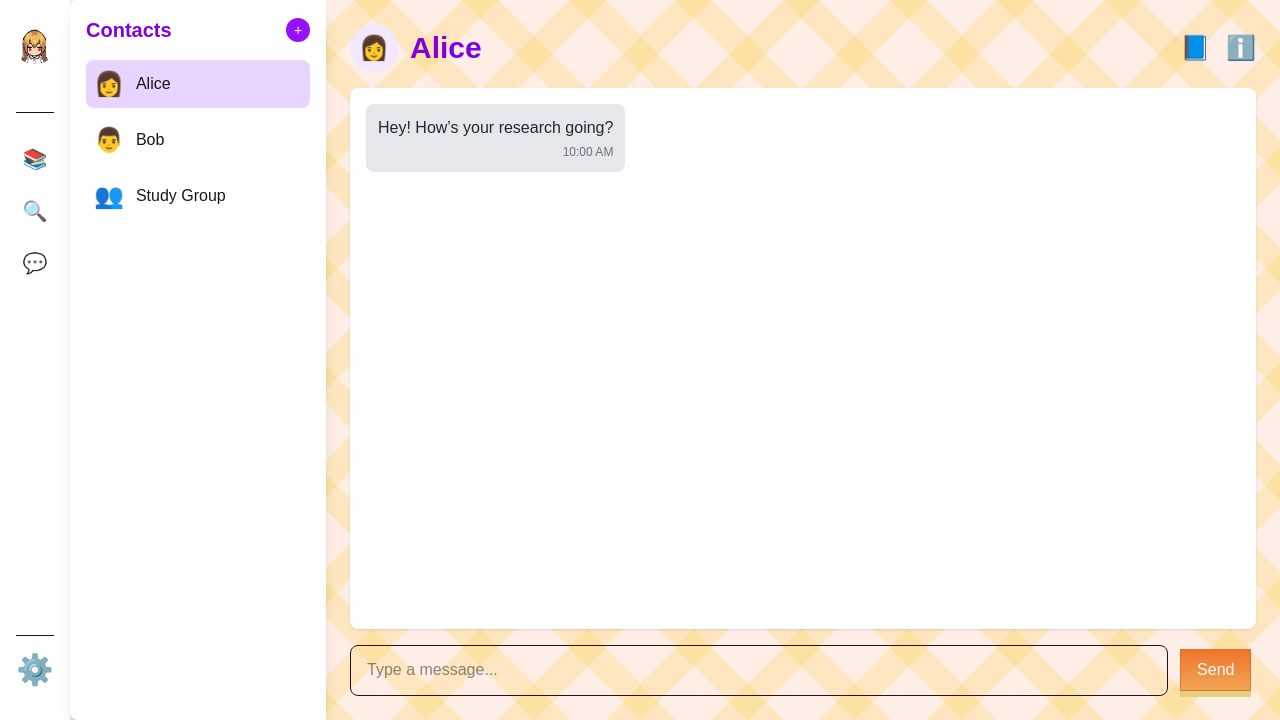
Repository: ramosfranz/bookie
Page: /chat
These files come from the project's save history. The page is drawn as it stood at one moment and after the next save; the edit follows.
The browser window is 1280 px wide. The pictures show the whole page.
The page's requests for data from a server got no answer. Some web fonts or font styles are not loaded; a fallback is used. The project was rebuilt for these pictures with package versions that can differ from the ones it lists, and the page was loaded fresh each time. The framework's server and built-in components were replaced by stand-ins that run in the browser. No one was signed in, and anything a server would have sent is missing. Also part of the build but not shown: next.config.ts, src/app/chat/AddContact.tsx, src/app/chat/FriendList.tsx, src/app/chat/FriendInfo.tsx.

Above is the page before, as saved 2025-12-06 08:57:31.

### src/app/layout.tsx
import type { Metadata } from "next";
import "./globals.css";
import Head from "next/head";

export const metadata: Metadata = {
  title: "Bookie",
  description: "Bookie",
};

export default function RootLayout({
  children,
}: Readonly<{ children: React.ReactNode }>) {
  return (
    <html lang="en">
      <Head>
        <link rel="preconnect" href="https://fonts.googleapis.com" />
        <link rel="preconnect" href="https://fonts.gstatic.com" crossOrigin="anonymous" />
        <link href="https://fonts.googleapis.com/css2?family=Jersey+25&display=swap" rel="stylesheet" />

      </Head>
      <body className="font-jersey antialiased">{children}</body>
    </html>
  );
}

### src/app/chat/page.tsx
"use client";

import { useState, useRef, useEffect } from "react";
import Sidebar from "../components/Sidebar";
import ContactSidebar from "./ContactSidebar";
import AddContactPopup from "./AddContact";
import FriendInfoPopup from "./FriendInfo";
import ChatLog from "./ChatLog";
import '../styles/pixelButton.css';
import '../styles/background.css';
import Image from "next/image";

interface Message {
  id: string;
  sender: "user" | "other";
  senderName?: string; // for group chat
  avatar?: string;
  content: string;
  timestamp: string;
}

interface Contact {
  id: string;
  name: string;
  avatar: string;
  isGroup?: boolean;
  members?: { id: string; name: string; avatar: string }[];
  messages: Message[];
  sharedHistory?: { title: string; date: string }[]; // <-- Add this
}


export default function ChatPage() {
  const dummyUser = {
    id: "00000000-0000-0000-0000-000000000001",
    email: "test@example.com",
    username: "TestUser",
    name: "TestUser",
    avatar: "🧑",
  };

  const user = dummyUser;
  const [activeTab, setActiveTab] = useState<"research" | "leisure" | "discover" | "chat">("chat");

  const [contacts, setContacts] = useState<Contact[]>([
    { id: "c1", name: "Alice", avatar: "👩", messages: [{ id: "1", sender: "other", content: "Hey! How’s your research going?", timestamp: "10:00 AM" }] },
    { id: "c2", name: "Bob", avatar: "👨", messages: [{ id: "2", sender: "other", content: "Did you see the latest AI paper?", timestamp: "10:05 AM" }] },
    {
      id: "g1",
      name: "Study Group",
      avatar: "👥",
      isGroup: true,
      members: [
        { id: "c1", name: "Alice", avatar: "👩" },
        { id: "c2", name: "Bob", avatar: "👨" },
        { id: "00000000-0000-0000-0000-000000000001", name: "TestUser", avatar: "🧑" },
      ],
      messages: [
        { id: "1", sender: "other", senderName: "Alice", avatar: "👩", content: "Hi everyone!", timestamp: "10:10 AM" },
      ],
    },
  ]);

  const [allFriends] = useState([
  { id: "c3", name: "Charlie", avatar: "🧑" },
  { id: "c4", name: "Dana", avatar: "👩" },
  { id: "c5", name: "Eli", avatar: "👨" },
]);


  const [selectedContactId, setSelectedContactId] = useState("c1");
  const [newMessage, setNewMessage] = useState("");
  const [showAddContactPopup, setShowAddContactPopup] = useState(false);
  const [showInfoPopup, setShowInfoPopup] = useState(false);
  const [showAvatar, setShowAvatar] = useState(false);
  const [isCollapsed, setIsCollapsed] = useState(false);
  const chatEndRef = useRef<HTMLDivElement | null>(null);

  const selectedContact = contacts.find((c) => c.id === selectedContactId)!;

  useEffect(() => {
    chatEndRef.current?.scrollIntoView({ behavior: "smooth" });
  }, [selectedContact.messages]);

  const sendMessage = (text: string) => {
    if (!text.trim()) return;
    const timestamp = new Date().toLocaleTimeString([], { hour: "2-digit", minute: "2-digit" });
    const message: Message = { id: Math.random().toString(36).substr(2, 9), sender: "user", content: text, timestamp };
    setContacts((prev) =>
      prev.map((c) => (c.id === selectedContactId ? { ...c, messages: [...c.messages, message] } : c))
    );

    setTimeout(() => {
      const aiMessage: Message = {
        id: Math.random().toString(36).substr(2, 9),
        sender: "other",
        content: "🤖 AI Response: I see! That’s interesting.",
        timestamp: new Date().toLocaleTimeString([], { hour: "2-digit", minute: "2-digit" }),
      };
      setContacts((prev) =>
        prev.map((c) => (c.id === selectedContactId ? { ...c, messages: [...c.messages, aiMessage] } : c))
      );
    }, 1000);
  };

  const handleSend = () => {
    sendMessage(newMessage);
    setNewMessage("");
  };

  const handleKeyPress = (e: React.KeyboardEvent<HTMLInputElement>) => {
    if (e.key === "Enter") handleSend();
  };

  // Filter friends (contacts that are NOT groups)
  const friendsList = contacts.filter((c) => !c.isGroup);

  return (
    <div className="min-h-screen flex bookieBgVar1 relative">
      <Sidebar activeTab={activeTab} user={user} />

      <main className="flex flex-1">
        <ContactSidebar
          contacts={contacts}
          selectedContactId={selectedContactId}
          setSelectedContactId={(id) => { setSelectedContactId(id); setShowAvatar(false); }}
          showAddContactPopup={showAddContactPopup}
          setShowAddContactPopup={setShowAddContactPopup}
          isCollapsed={isCollapsed}
          setIsCollapsed={setIsCollapsed}
        />

        <div className="flex-1 flex flex-col p-6 h-screen">
          {showAvatar && (
            <div className="w-full bg-white rounded-xl shadow flex items-center justify-center mb-6 h-48 relative overflow-hidden">
                      <Image
                        src="/image/avatarbg.gif"
                        alt="User Avatar"
                        fill               // makes the image fill the parent div
                        className="object-cover pixelated"
                      />
                    </div>
          )}

          {/* Header */}
          <div className="flex items-center justify-between mb-4">
            <div className="flex items-center gap-3">
              <div className="w-12 h-12 rounded-full bg-purple-100 flex items-center justify-center text-2xl">
                {selectedContact.avatar}
              </div>
              <h1 className="text-3xl font-bold text-purple-700">{selectedContact.name}</h1>
            </div>

            <div className="flex items-center gap-4 text-2xl ml-auto">
              <button onClick={() => setShowAvatar((prev) => !prev)} title="Show Avatar" className="hover:text-purple-600 transition">
                📘
              </button>
              <button onClick={() => setShowInfoPopup(true)} title="Contact Info" className="hover:text-purple-600 transition">
                ℹ️
              </button>
            </div>
          </div>

          <ChatLog messages={selectedContact.messages} />

          <div className="flex gap-2">
            <input
              type="text"
              placeholder="Type a message..."
              value={newMessage}
              onChange={(e) => setNewMessage(e.target.value)}
              onKeyPress={handleKeyPress}
              className="flex-1 px-4 py-2 rounded-lg border outline-none"
            />
            <button
              onClick={handleSend}
               className="pixelButton"
            >
              Send
            </button>
          </div>
        </div>
      </main>

      <AddContactPopup
        isOpen={showAddContactPopup}
        onClose={() => setShowAddContactPopup(false)}
        onAddFriend={(username) => {
          const newId = "c" + Math.random().toString(36).substr(2, 5);
          setContacts((prev) => [...prev, { id: newId, name: username, avatar: "👤", messages: [] }]);
          setShowAddContactPopup(false);
        }}
        onCreateGroup={(groupName) => {
          const newId = "g" + Math.random().toString(36).substr(2, 5);
          setContacts((prev) => [
            ...prev,
            {
              id: newId,
              name: groupName + " (Group)",
              avatar: "👥",
              isGroup: true,
              members: [user],
              messages: [],
            },
          ]);
          setShowAddContactPopup(false);
        }}
      />

      <FriendInfoPopup
  isOpen={showInfoPopup}
  onClose={() => setShowInfoPopup(false)}
  friend={{
    id: selectedContact.id,
    name: selectedContact.name,
    nickname: selectedContact.name,
    isGroup: selectedContact.isGroup || false,
    members: selectedContact.members || [],
    sharedHistory: selectedContact.sharedHistory || [],
  }}
  allFriends={allFriends} // <-- pass dummy friends
  onUpdateNicknameOrGroupName={(newName: string) => {
    setContacts((prev) =>
      prev.map((c) =>
        c.id === selectedContact.id ? { ...c, name: newName } : c
      )
    );
  }}
  onUnfriendOrLeaveGroup={() => {
    if (selectedContact.isGroup) {
      console.log("Leave group clicked");
    } else {
      console.log("Unfriend clicked");
    }
  }}
  onAddMember={(friend) => {
    // Add new member to group
    setContacts((prev) =>
      prev.map((c) =>
        c.id === selectedContact.id
          ? { ...c, members: [...(c.members || []), friend] }
          : c
      )
    );
  }}
/>
    </div>
  );
}

### src/app/globals.css
@import url('https://fonts.googleapis.com/css2?family=Jersey+25&display=swap');
@import "tailwindcss";

:root {
  --background: #ffffff;
  --foreground: #171717;
  --font-jersey: 'Jersey 25', sans-serif;
}

@theme inline {
  --color-background: var(--background);
  --color-foreground: var(--foreground);
}

@media (prefers-color-scheme: dark) {
  :root {
    --background: #0a0a0a;
    --foreground: #ededed;
  }
}

body {
  background: var(--background);
  color: var(--foreground);
  font-family: var(--font-jersey);
}

.pixelated {
  image-rendering: pixelated;       /* Modern browsers */
  image-rendering: crisp-edges;     /* Fallback */
  -ms-interpolation-mode: nearest-neighbor; /* IE fallback */
}

### src/app/components/Sidebar.tsx
"use client";

import { useState, useEffect } from "react";
import Link from "next/link";
import { supabase } from "@/lib/supabase/client";
import { AvatarData } from "../profile/AvatarBuilder";

export default function Sidebar({ activeTab }: { activeTab: string }) {
  const [isCollapsed, setIsCollapsed] = useState(true);
  const [username, setUsername] = useState<string>("");
  const [avatarData, setAvatarData] = useState<AvatarData>({
    skinTone: null,
    eyeColor: null,
    hairColor: null,
    hairstyle: 1,
  });

  // Load username + avatar from Supabase
  useEffect(() => {
    async function loadProfile() {
      const {
        data: { user },
      } = await supabase.auth.getUser();

      if (!user) return;

      const baseUsername = user.email?.split("@")[0] ?? "";

      const { data: profile } = await supabase
        .from("profiles")
        .select("*")
        .eq("id", user.id)
        .single();

      setUsername(profile?.username || baseUsername);
      setAvatarData(profile?.avatar || avatarData);
    }

    loadProfile();
  }, []);

  const handleLinkClick = (e: React.MouseEvent) => e.stopPropagation();

  return (
    <aside
      onClick={() => setIsCollapsed(!isCollapsed)}
      className={`${isCollapsed ? "w-[70px]" : "w-[180px]"} bg-white shadow-lg p-4 flex flex-col items-center transition-all duration-300 cursor-pointer`}
    >
      {/* Profile Section */}
      <Link href="/profile" onClick={handleLinkClick} className="mb-8 flex flex-col items-center">
        <div className="w-12 h-12 rounded-full overflow-hidden relative image-rendering-pixelated">
          <div className="absolute w-full h-full" style={{ transform: "translateY(+50%) scale(1.5)" }}>
            <img src="/avatar/skin.png" className="absolute inset-0 w-full h-full" style={{ filter: avatarData.skinTone || "" }} />
            <img src="/avatar/fit.png" className="absolute inset-0 w-full h-full" />
            <img src="/avatar/eyes.png" className="absolute inset-0 w-full h-full" style={{ filter: avatarData.eyeColor || "" }} />
            <img src="/avatar/hair.png" className="absolute inset-0 w-full h-full" style={{ filter: avatarData.hairColor || "" }} />
          </div>
        </div>

        {!isCollapsed && <p className="mt-3 font-semibold text-purple-700">{username}</p>}
      </Link>

      <div className="w-full border-t my-4"></div>

      {/* Tabs */}
      <nav className="flex flex-col items-center gap-6 mt-4">
        <Link
          href="/dashboard"
          onClick={handleLinkClick}
          className={`flex flex-col items-center text-xl ${activeTab === "dashboard" ? "text-purple-600" : "text-gray-500 hover:text-gray-700"}`}
        >
          📚 {!isCollapsed && <span className="text-sm mt-1">Library</span>}
        </Link>

        <Link
          href="/discover"
          onClick={handleLinkClick}
          className={`flex flex-col items-center text-xl ${activeTab === "discover" ? "text-purple-600" : "text-gray-500 hover:text-gray-700"}`}
        >
          🔍 {!isCollapsed && <span className="text-sm mt-1">Discover</span>}
        </Link>

        <Link
          href="/chat"
          onClick={handleLinkClick}
          className={`flex flex-col items-center text-xl ${activeTab === "chat" ? "text-purple-600" : "text-gray-500 hover:text-gray-700"}`}
        >
          💬 {!isCollapsed && <span className="text-sm mt-1">Chat</span>}
        </Link>
      </nav>

      <div className="w-full border-t my-4 mt-auto"></div>

      <button onClick={(e) => e.stopPropagation()} className="text-gray-500 hover:text-gray-700 text-3xl mb-4">
        ⚙️
      </button>
    </aside>
  );
}

### src/app/chat/ContactSidebar.tsx
"use client";

import { Dispatch, SetStateAction } from "react";

interface Contact {
  id: string;
  name: string;
  avatar: string;
}

interface ContactSidebarProps {
  contacts: Contact[];
  selectedContactId: string;
  setSelectedContactId: Dispatch<SetStateAction<string>>;
  showAddContactPopup: boolean;
  setShowAddContactPopup: Dispatch<SetStateAction<boolean>>;
  isCollapsed: boolean;
  setIsCollapsed: Dispatch<SetStateAction<boolean>>;
}

export default function ContactSidebar({
  contacts,
  selectedContactId,
  setSelectedContactId,
  showAddContactPopup,
  setShowAddContactPopup,
  isCollapsed,
  setIsCollapsed,
}: ContactSidebarProps) {
  return (
    <div
      onClick={() => setIsCollapsed(!isCollapsed)}
      className={`bg-white shadow-lg rounded-l-lg flex flex-col transition-all duration-300 ${
        isCollapsed ? "w-16" : "w-64"
      }`}
    >
      <div className="p-4 flex flex-col flex-1">
        {!isCollapsed && (
          <div className="flex items-center justify-between mb-4">
            <h2 className="text-xl font-bold text-purple-700">Contacts</h2>
            <button
              onClick={(e) => {
                e.stopPropagation();
                setShowAddContactPopup(true);
              }}
              className="text-white bg-purple-600 hover:bg-purple-700 rounded-full w-6 h-6 flex items-center justify-center text-sm"
            >
              +
            </button>
          </div>
        )}

        <div className="flex flex-col gap-2 overflow-y-auto flex-1">
          {contacts.map((contact) => (
            <button
              key={contact.id}
              onClick={(e) => {
                e.stopPropagation();
                setSelectedContactId(contact.id);
              }}
              className={`flex items-center gap-3 p-2 rounded-lg text-left hover:bg-purple-100 transition ${
                contact.id === selectedContactId ? "bg-purple-200" : ""
              }`}
            >
              <span className="text-2xl">{contact.avatar}</span>
              {!isCollapsed && <span className="font-medium">{contact.name}</span>}
            </button>
          ))}
        </div>
      </div>
    </div>
  );
}

### src/app/chat/ChatLog.tsx
"use client";

import { useEffect, useRef } from "react";

interface Message {
  id: string;
  sender: "user" | "other";
  senderName?: string; // for group chats
  avatar?: string; // emoji or image URL
  content: string;
  timestamp: string;
}

interface ChatLogProps {
  messages: Message[];
}

export default function ChatLog({ messages }: ChatLogProps) {
  const chatEndRef = useRef<HTMLDivElement | null>(null);

  // Scroll to bottom whenever messages change
  useEffect(() => {
    chatEndRef.current?.scrollIntoView({ behavior: "smooth" });
  }, [messages]);

  return (
    <div className="flex-1 overflow-y-auto bg-white p-4 rounded-lg shadow mb-4 flex flex-col">
      {messages.map((msg) => (
        <div
          key={msg.id}
          className={`flex mb-3 items-end ${
            msg.sender === "user" ? "justify-end" : "justify-start"
          }`}
        >
          {/* Avatar for other users */}
          {msg.sender !== "user" && msg.avatar && (
            <div className="w-8 h-8 rounded-full bg-gray-200 flex items-center justify-center text-lg mr-2 shrink-0">
              {msg.avatar}
            </div>
          )}

          {/* Message bubble */}
          <div
            className={`p-3 rounded-lg max-w-xs break-words relative ${
              msg.sender === "user" ? "bg-purple-600 text-white" : "bg-gray-200 text-gray-800"
            }`}
          >
            {/* Sender name for group chats */}
            {msg.senderName && msg.sender !== "user" && (
              <span className="font-semibold text-sm block mb-1">{msg.senderName}</span>
            )}
            <p>{msg.content}</p>
            <span className="text-xs text-gray-500 block text-right mt-1">{msg.timestamp}</span>
          </div>

          {/* Optional avatar on the right for user */}
          {msg.sender === "user" && msg.avatar && (
            <div className="w-8 h-8 rounded-full bg-purple-600 flex items-center justify-center text-white text-lg ml-2 shrink-0">
              {msg.avatar}
            </div>
          )}
        </div>
      ))}
      <div ref={chatEndRef}></div>
    </div>
  );
}

### src/app/styles/pixelButton.css
.pixelButton {
  display: inline-block;
  font-size: 1rem;
  color: white; /* you can customize */
  border-radius: 10; /* or var(--btn-radius) if you want rounded */
  border: 1px solid #d4783a; /* default outline */
  background: linear-gradient(to bottom, #ee742b, #f3a655);
  box-shadow: 0px 6px 0 #e6cf80;
  cursor: pointer;
  text-align: center;
  white-space: nowrap;
  transition: transform 0.1s ease, box-shadow 0.1s ease;
  image-rendering: pixelated;
  margin: 0.5%;
  padding: 0.5rem 1rem;
}

.pixelButton:hover {
  background: linear-gradient(to bottom, #ffa9b8, #ff605f);
  border-color: #ff1a14;
}

.pixelButton:active {
  transform: translateY(4px);
  box-shadow: 0 0 #000;
}

### src/app/styles/background.css
.bookieBackground {
  background-image: url("/image/sparkle.gif"), url("/image/bg_try.gif"), url("/image/bookiebg1.png");
  background-size: auto, auto, 20%;   /* multiple background layers */
  background-repeat: auto, auto, space;
}

.pixelated {
  image-rendering: pixelated;       /* Modern browsers */
  image-rendering: crisp-edges;     /* Fallback */
  -ms-interpolation-mode: nearest-neighbor; /* IE fallback */
}

.bookieBgVar1 {
   background-image: url("/image/bookiebg1.png");
  background-size: auto, 20%;   /* multiple background layers */
  background-repeat: auto, space;
}

Loaded but not shown: src/lib/supabase/client.ts (common file)

After the next save:
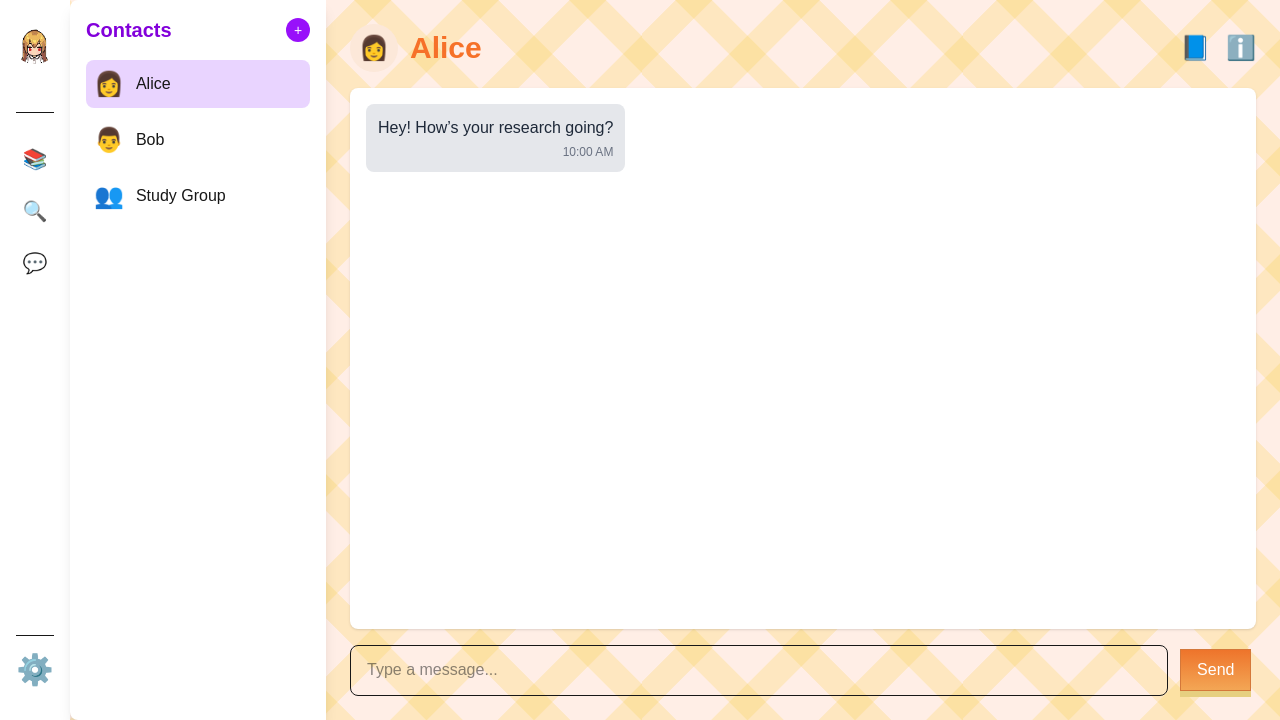
Saved 3 min 20 s later.
--- a/src/app/chat/page.tsx
+++ b/src/app/chat/page.tsx
@@ -145,10 +145,17 @@ export default function ChatPage() {
           {/* Header */}
           <div className="flex items-center justify-between mb-4">
             <div className="flex items-center gap-3">
-              <div className="w-12 h-12 rounded-full bg-purple-100 flex items-center justify-center text-2xl">
+              <div
+                className="w-12 h-12 rounded-full flex items-center justify-center text-2xl"
+                style={{ backgroundColor: "#fce8d9" }}
+              >
                 {selectedContact.avatar}
               </div>
-              <h1 className="text-3xl font-bold text-purple-700">{selectedContact.name}</h1>
+
+              <h1 className="text-3xl font-bold" style={{ color: "#f67129" }}>
+                {selectedContact.name}
+              </h1>
+
             </div>
 
             <div className="flex items-center gap-4 text-2xl ml-auto">
